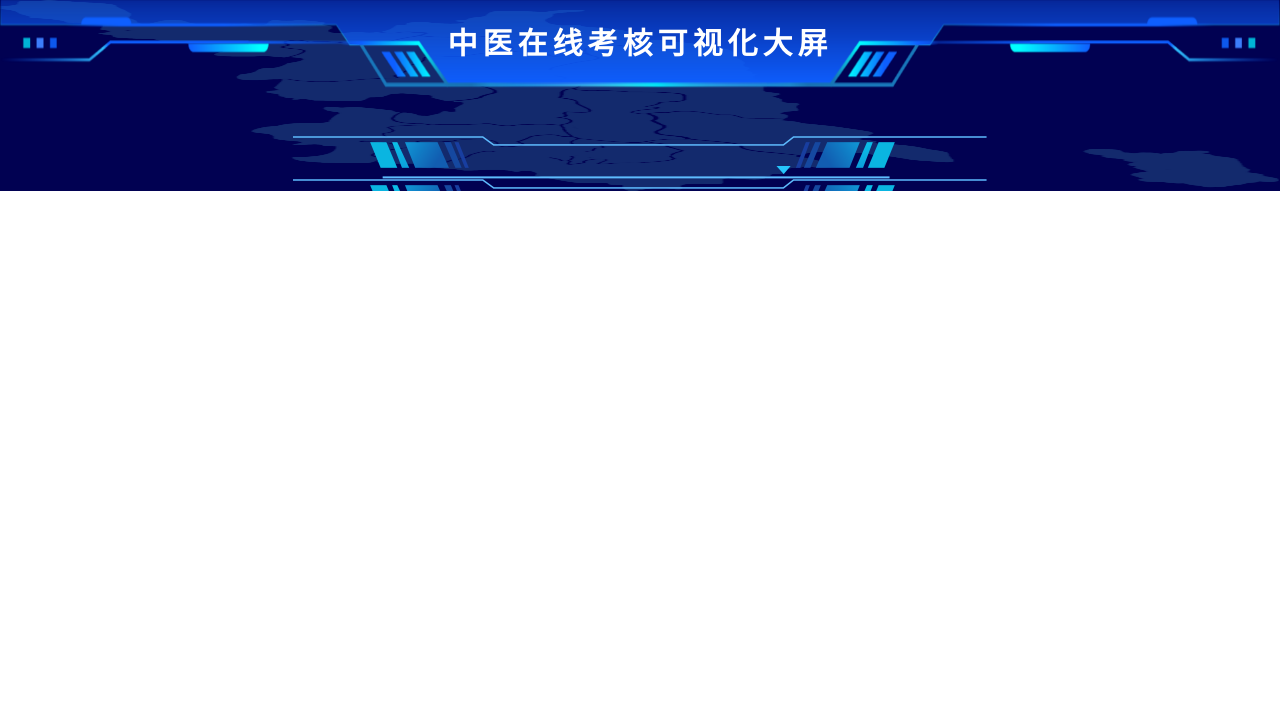
Repository: krislorem/medicine-online-datascreen-vue
Page: /
These files come from the project's save history. The page is drawn as it stood at one moment and after the next save; the edit follows.
The browser window is 1280 px wide. The pictures show the whole page.
The project was rebuilt for these pictures with package versions that can differ from the ones it lists, and the page was loaded fresh each time. Also part of the build but not shown: vite.config.ts.

Above is the page before, as saved 2024-12-04 11:41:26.
Console error (its wording comes from the project's code and is left out).

### src/main.ts
import './assets/main.css'

import { createApp } from 'vue'
import { createPinia } from 'pinia'
import ElementPlus from 'element-plus'
import 'element-plus/dist/index.css'
import App from './App.vue'
import router from './router'

const app = createApp(App)

app.use(createPinia())
app.use(router)
app.use(ElementPlus)
app.mount('#app')

### src/assets/main.css
body, html {
  width: 100%;
  height: 100%;
  overflow: hidden;
  margin: 0;
  padding: 0;
  width: 100vw;
  height: 100vh
}

#app {
  width: 100%;
  height: 100%
}

### src/App.vue
<template>
  <div>
    <RouterView></RouterView>
  </div>
</template>

<script setup lang="ts">

</script>

<style scoped>
</style>

### src/views/HomeView.vue
<template>
  <div class="home">
    <nav>
      <h1>中医在线考核可视化大屏</h1>
    </nav>
    <div id="mid-bar">
      <select id="info"></select>
    </div>
    <div id="all-info"></div>
  </div>
</template>

<style scoped>
body {
  font-family: Helvetica Neue, Helvetica, PingFang SC, Hiragino Sans GB, Microsoft YaHei, "\5FAE\8F6F\96C5\9ED1", Arial, sans-serif;
  font-size: 12px;
  line-height: 1.5;
  color: #515a6e;
  background-color: #fff;
  -webkit-font-smoothing: antialiased;
  -moz-osx-font-smoothing: grayscale;
}

.home {
  background: #010152 url(/ditu.png) 50% no-repeat;
  background-size: 100% 100%;
}

.home nav {
  background-image: url(/dingbu.png);
  background-size: 100% 100%;
  background-repeat: no-repeat;
  overflow: hidden;
  display: -webkit-box;
  display: -ms-flexbox;
  display: flex;
  -webkit-box-align: center;
  -ms-flex-align: center;
  align-items: center;
}

.home nav h1 {
  font-size: 30px;
  font-family: PingFangSC-Semibold, PingFang SC;
  font-weight: 600;
  color: #fff;
  line-height: 58px;
  letter-spacing: 5px;
  margin: 15px auto;
}

.home #mid-bar {
  width: 694px;
  height: 43px;
  background-image: url(/nav.png);
  margin: 48px auto 36px;
  padding-top: 12px;
  display: -webkit-box;
  display: -ms-flexbox;
  display: flex;
  -webkit-box-pack: center;
  -ms-flex-pack: center;
  justify-content: center;
  -webkit-box-align: center;
  -ms-flex-align: center;
  align-items: center;
}

.home #mid-bar #info {
  appearance: none;
  -moz-appearance: none;
  -webkit-appearance: none;
  background: transparent url('/jiantou.png') no-repeat scroll 100%;
  width: 302px;
  height: 22px;
  font-size: 16px;
  text-align: center;
  font-family: PingFangSC-Semibold, PingFang SC;
  font-weight: 600;
  color: #26c5fb;
  line-height: 22px;
  letter-spacing: 2px;
  border: none;
}
</style>
<script setup lang="ts">
import * as echarts from 'echarts';
import { onMounted } from 'vue'
const labelOption = {
  show: true,
  position: 'insideBottom',
  distance: 15,
  align: 'left',
  verticalAlign: 'middle',
  rotate: 90,
  formatter: '{c}  {name|{a}}',
  fontSize: 16,
  rich: {
    name: {}
  }
};
const option = {
  tooltip: {
    trigger: 'axis',
    axisPointer: {
      type: 'shadow'
    }
  },
  legend: {
    data: ['Forest', 'Steppe', 'Desert', 'Wetland']
  },
  xAxis: [
    {
      type: 'category',
      axisTick: { show: false },
      data: ['2012', '2013', '2014', '2015', '2016']
    }
  ],
  yAxis: [
    {
      type: 'value'
    }
  ],
  series: [
    {
      name: 'Forest',
      type: 'bar',
      barGap: 0,
      label: labelOption,
      emphasis: {
        focus: 'series'
      },
      data: [320, 332, 301, 334, 390]
    },
    {
      name: 'Steppe',
      type: 'bar',
      label: labelOption,
      emphasis: {
        focus: 'series'
      },
      data: [220, 182, 191, 234, 290]
    },
    {
      name: 'Desert',
      type: 'bar',
      label: labelOption,
      emphasis: {
        focus: 'series'
      },
      data: [150, 232, 201, 154, 190]
    },
    {
      name: 'Wetland',
      type: 'bar',
      label: labelOption,
      emphasis: {
        focus: 'series'
      },
      data: [98, 77, 101, 99, 40]
    }
  ]
};
onMounted(() => {
  let chartDom = document.getElementById('m');
  let myChart = echarts.init(chartDom);
  option && myChart.setOption(option);
})


</script>

Loaded but not shown: index.html (common file); src/router/index.ts (common file)

After the next save:
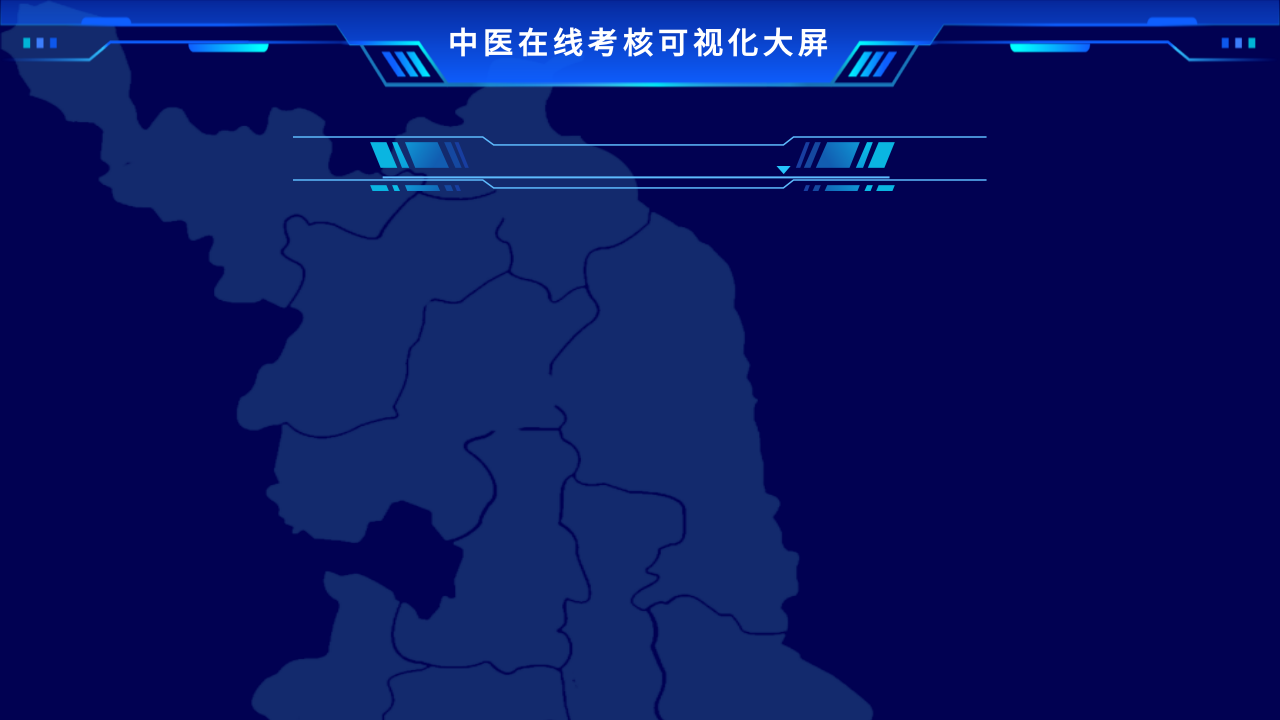
Saved 42 s later.
--- a/src/views/HomeView.vue
+++ b/src/views/HomeView.vue
@@ -81,6 +81,17 @@ body {
   line-height: 22px;
   letter-spacing: 2px;
   border: none;
+}
+
+#all-info {
+  width: 100%;
+  height: 796px;
+  margin: 20px auto;
+  display: -webkit-box;
+  display: -ms-flexbox;
+  display: flex;
+  -ms-flex-pack: distribute;
+  justify-content: space-around;
 }
 </style>
 <script setup lang="ts">
